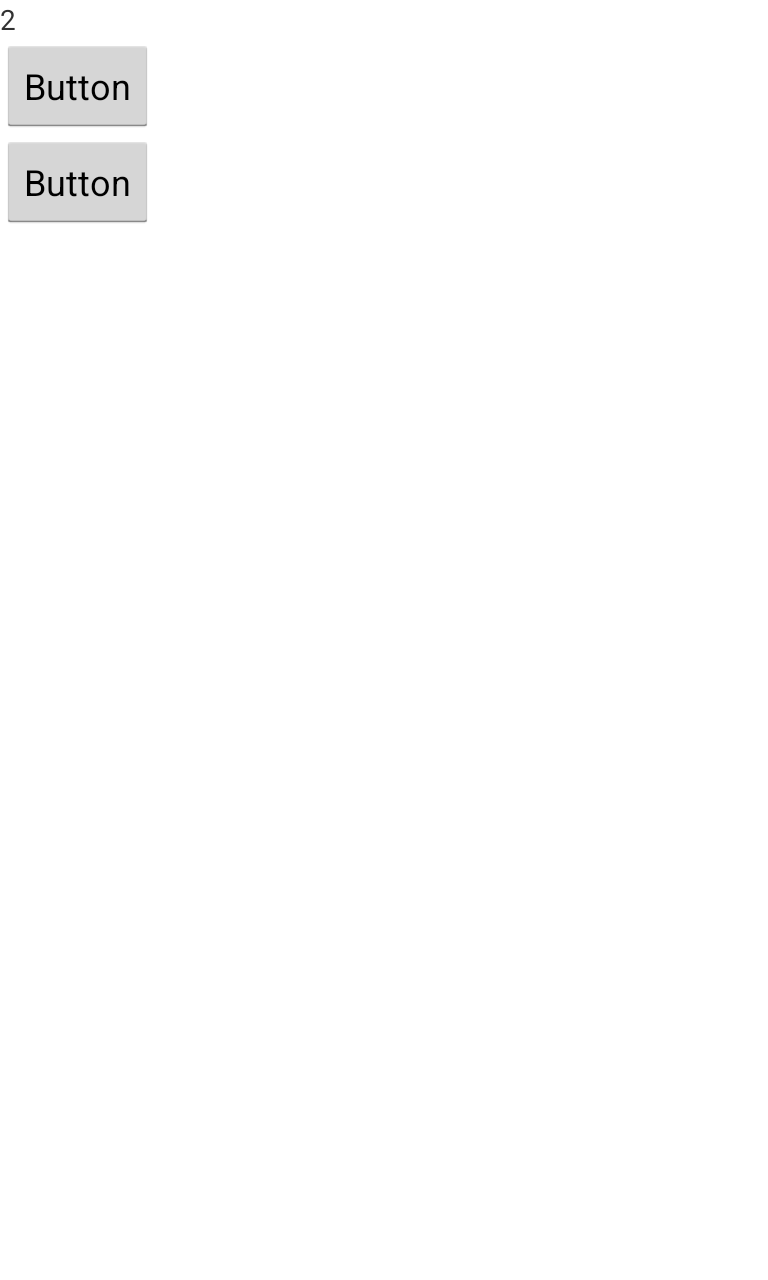
Repository: RaymondCalderon/programs_school
Layout: Trabajos Eclipse/Apps eclipse/FoxEnglish/res/layout/actividad2.xml
An editor plug-in stored every save of this project. The layout is shown before and after the next save, followed by the edit.
It is drawn on a 768 x 1280 px phone screen (xhdpi) without system bars, with theme AppTheme; the app's code is not run.

Above is the layout before, as saved 2016-02-26 06:06:04.

After the next save:
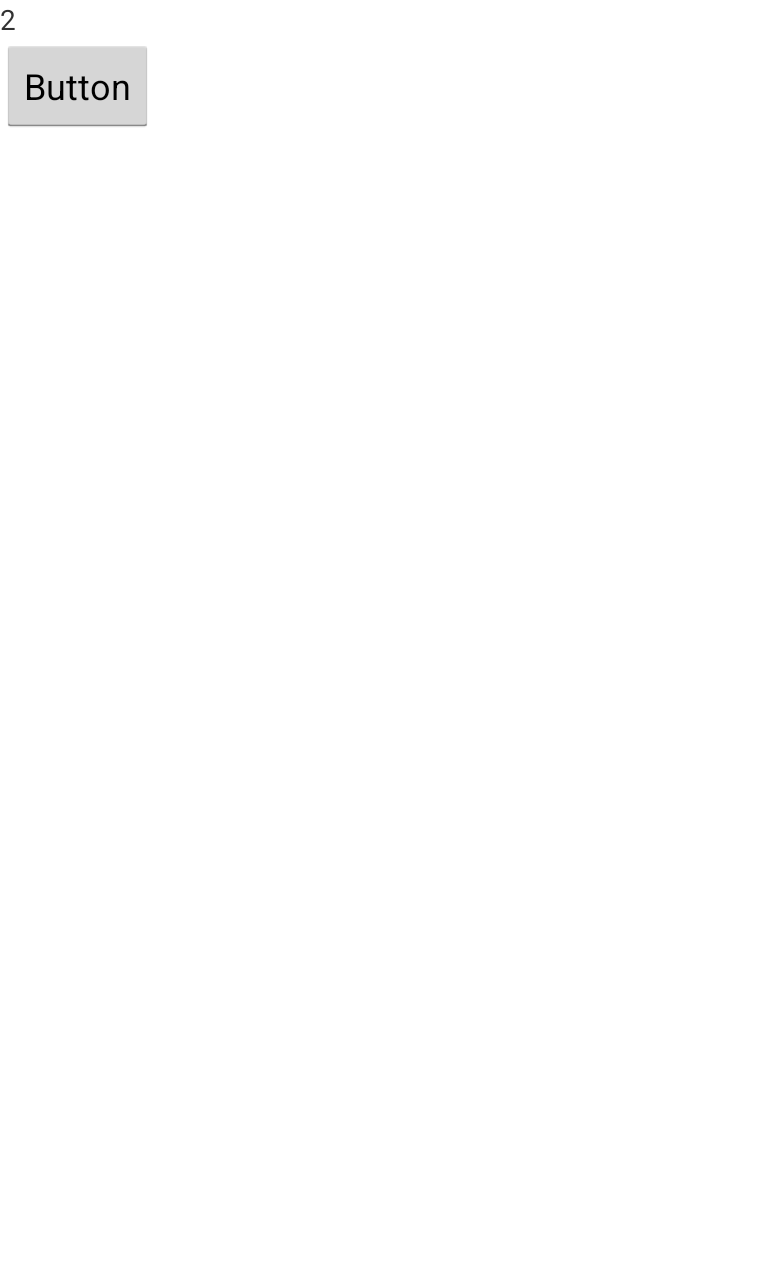
Saved 17 s later.
--- a/Trabajos Eclipse/Apps eclipse/FoxEnglish/res/layout/actividad2.xml
+++ b/Trabajos Eclipse/Apps eclipse/FoxEnglish/res/layout/actividad2.xml
@@ -16,10 +16,4 @@
         android:layout_height="wrap_content"
         android:text="Button" />
 
-    <Button
-        android:id="@+id/a2btn2"
-        android:layout_width="wrap_content"
-        android:layout_height="wrap_content"
-        android:text="Button" />
-
 </LinearLayout>
